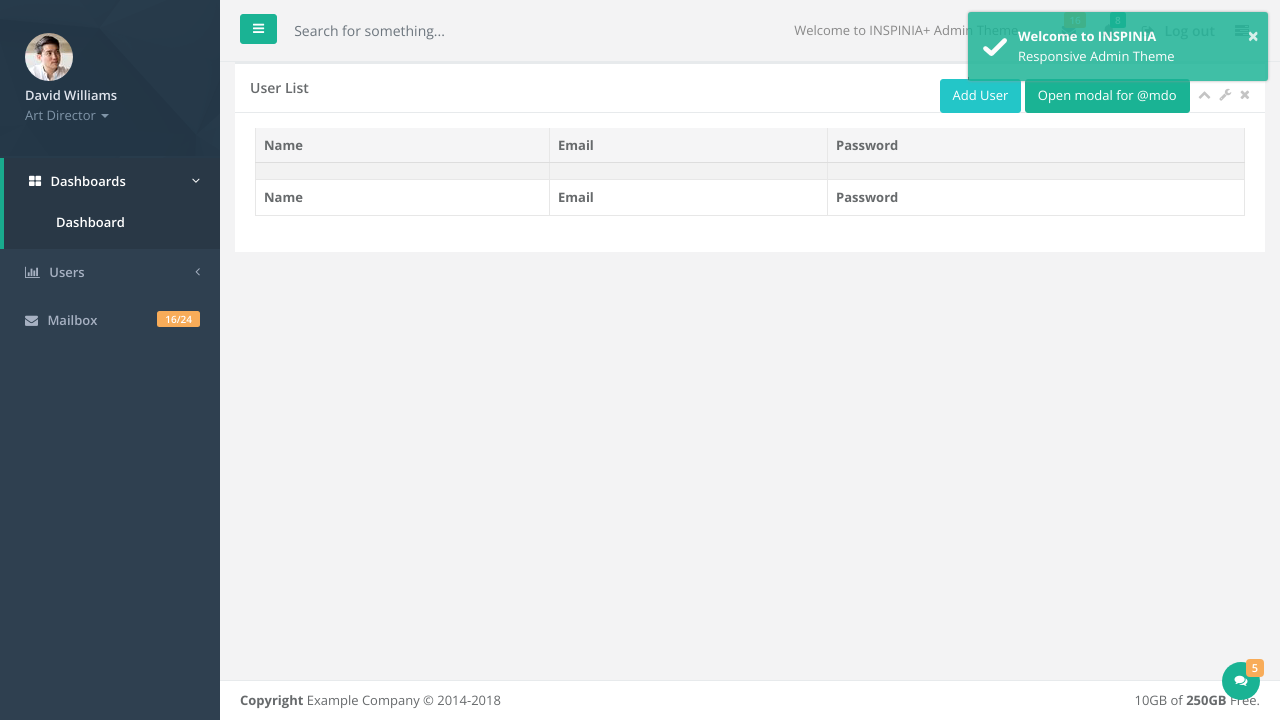
Repository: WAQARHUSSAIN12/quiz
Page: http://localhost/users
The author's editor kept a copy of each file at every save. The page is drawn from the files as they stood at one save, then again after the next save.
The browser window is 1280 px wide. The pictures show the whole page.
The page is served by the project's Laravel application, run on PHP 8.4 with Laravel 9.

Above is the page before, as saved 2024-08-12 12:40:12.
Console error: TypeError: Cannot read properties of undefined (reading 'plugins')

After the next save:
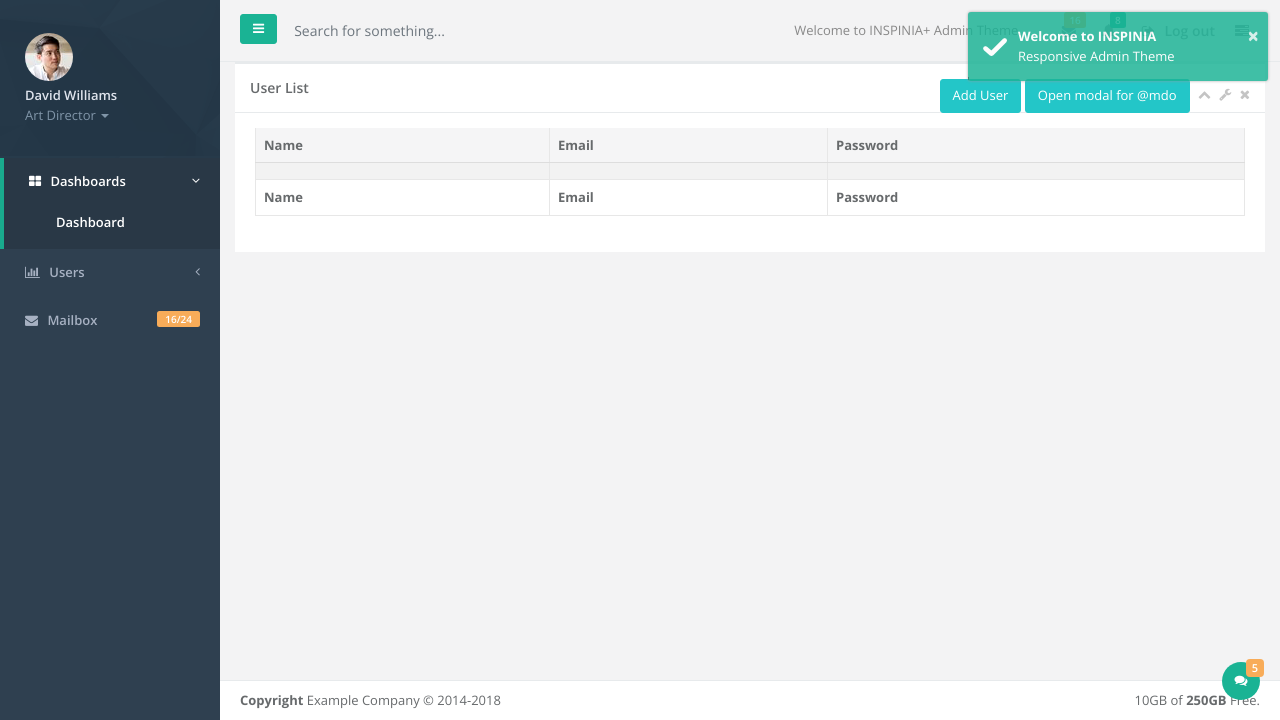
Saved 50 s later.
--- a/resources/views/backend/users/index.blade.php
+++ b/resources/views/backend/users/index.blade.php
@@ -14,7 +14,7 @@
                 <h5>User List</h5>
                 <div class="ibox-tools">
                     <button class="btn btn-info" id="add_user_btn"> Add User  </button>
-                    <button type="button" class="btn btn-primary" data-toggle="modal" data-target="#exampleModal" data-whatever="@mdo">Open modal for @mdo</button>
+                    <button type="button" class="btn btn-info" data-toggle="modal" data-target="#exampleModal" data-whatever="@mdo">Open modal for @mdo</button>
 
                     <a class="collapse-link">
                         <i class="fa fa-chevron-up"></i>
